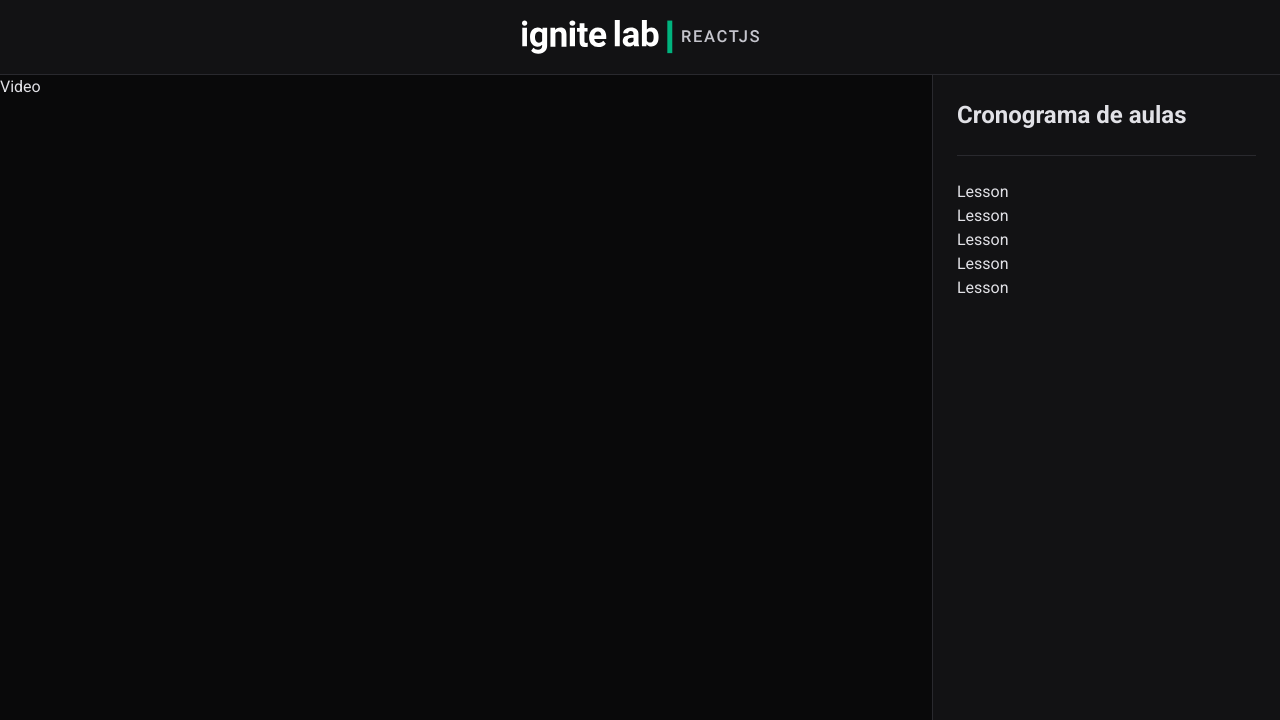
Repository: XFERRER7/Ignite-lab
Page: /
These files come from the project's save history. The page is drawn as it stood at one moment and after a run of saves; the edit follows.
The browser window is 1280 px wide. The pictures show the whole page.
The project was rebuilt for these pictures with package versions that can differ from the ones it lists, and the page was loaded fresh each time. Also part of the build but not shown: vite.config.ts.

Above is the page before, as saved 2022-06-22 20:27:21.

### index.html
<!DOCTYPE html>
<html>
  <head>
    <meta charset="UTF-8" />
    <link rel="icon" type="image/svg+xml" href="/src/favicon.svg" />
    <meta name="viewport" content="width=device-width, initial-scale=1.0" />
    <title>Event Platform</title>
    <link rel="preconnect" href="https://fonts.googleapis.com">
<link rel="preconnect" href="https://fonts.gstatic.com" crossorigin>
<link href="https://fonts.googleapis.com/css2?family=Roboto:wght@400;500;700&display=swap" rel="stylesheet">
  </head>
  <body>
    <div id="root"></div>
    <script type="module" src="/src/main.tsx"></script>
  </body>
</html>

### src/main.tsx
import { ApolloProvider } from '@apollo/client'
import React from 'react'
import ReactDOM from 'react-dom/client'
import App from './App'
import { client } from './lib/apollo'
import './styles/Global.css'

ReactDOM.createRoot(document.getElementById('root')!).render(
  <React.StrictMode>
    <ApolloProvider client={client}>
    <App />
    </ApolloProvider>
  </React.StrictMode>
)

### src/App.tsx
import { Header } from "./components/Header"
import { Lesson } from "./components/Lesson"
import { SideBar } from "./components/SideBar"
import { Video } from "./components/Video"
import { Event } from "./pages/Event"

function App() {

  return (
    <div>
      <Event/>
    </div>
  )
}

export default App

### src/lib/apollo.ts
import { ApolloClient, InMemoryCache } from "@apollo/client";

export const client = new ApolloClient({
  uri: 'https://api-sa-east-1.graphcms.com/v2/cl4oe0npq21lo01xi4o5e7kb5/master',
  cache: new InMemoryCache()
})

### src/styles/Global.css
@tailwind base;
@tailwind components;
@tailwind utilities;

body {
  @apply text-gray-100 bg-gray-900;
  -webkit-font-smoothing: antialiased;
}

### src/pages/Event.tsx
import React from 'react'
import { Header } from '../components/Header'
import { SideBar } from '../components/SideBar'
import { Video } from '../components/Video'

export const Event = () => {
  return (
    <>
    <div className='flex flex-col min-h-screen'>
      <Header/>
      <main className='flex flex-1'>
      <Video/>
      <SideBar/>
      </main>
    </div>

    </>
  )
}

### src/components/Header.tsx
import React from 'react'
import { Logo } from './Logo'

export const Header = () => {
  return (
    <header className='w-full py-5 flex items-center justify-center bg-gray-700 border-b border-gray-600'>
      <Logo/>
    </header>
  )
}

### src/components/SideBar.tsx
import React from 'react'
import { Lesson } from './Lesson'

export const SideBar = () => {
  return (
    <aside className='w-[348px] bg-gray-700 p-6 border-l border-gray-600'>
      <span className='font-bold text-2xl pb-6 mb-6 border-b border-gray-600 block'>Cronograma de aulas</span>

      <div className=''>
        <Lesson/>
        <Lesson/>
        <Lesson/>
        <Lesson/>
        <Lesson/>
      </div>
    </aside>
  )
}

### src/components/Video.tsx
import React from 'react'

export const Video = () => {
  return (
    <div className='flex-1'>Video</div>
  )
}

### src/components/Logo.tsx
import React from "react";

export function Logo() {
  return (
    <svg
      xmlns="http://www.w3.org/2000/svg"
      width="237"
      height="34"
      fill="none"
      viewBox="0 0 237 34"
    >
      <path
        fill="#fff"
        d="M.002 3.112a2.49 2.49 0 01.165-.987c.12-.314.304-.595.535-.83A2.906 2.906 0 012.615.572c.698 0 1.374.257 1.912.723.23.24.412.524.536.837a2.701 2.701 0 010 1.979 2.568 2.568 0 01-.536.837 2.889 2.889 0 01-1.907.723 2.901 2.901 0 01-1.908-.723 2.458 2.458 0 01-.538-.84 2.645 2.645 0 01-.172-.996zm4.96 23.146H.273V7.862h4.689v18.397zM8.012 16.973c0-2.853.686-5.145 2.055-6.883a6.653 6.653 0 015.528-2.606 5.869 5.869 0 014.802 2.09l.2-1.751h4.538v17.95a7.891 7.891 0 01-1.12 4.246 7.243 7.243 0 01-3.147 2.752 11.155 11.155 0 01-4.742.94c-1.378 0-2.74-.279-4.008-.812a7.08 7.08 0 01-2.946-2.11l2.208-3.02a5.905 5.905 0 004.543 2.08 4.356 4.356 0 003.104-1.059 3.938 3.938 0 001.103-2.993v-.994a5.775 5.775 0 01-4.555 1.935 6.647 6.647 0 01-3.05-.652 6.615 6.615 0 01-2.408-1.967c-1.397-1.752-2.085-4.089-2.085-6.942v-.21h-.025l.005.006zm4.997.355a6.723 6.723 0 001.026 3.956 3.233 3.233 0 002.799 1.443c.651.045 1.3-.088 1.878-.39a3.52 3.52 0 001.396-1.305v-7.825a3.448 3.448 0 00-1.374-1.305 3.504 3.504 0 00-1.86-.39 3.28 3.28 0 00-1.61.365 3.22 3.22 0 00-1.219 1.103c-.688.975-1.036 2.418-1.036 4.348zM33.098 7.833l.158 2.196a6.527 6.527 0 012.371-1.927 6.38 6.38 0 012.971-.62c1.97 0 3.438.597 4.39 1.79.953 1.194 1.456 2.936 1.486 5.293v12.249h-4.962V14.683a3.367 3.367 0 00-.684-2.344 3.086 3.086 0 00-1.069-.598 3.008 3.008 0 00-1.211-.13 3.349 3.349 0 00-1.821.454c-.553.32-1.01.794-1.313 1.367v13.37H28.45V7.845l4.647-.012zM47.512 3.112a2.304 2.304 0 01.185-.988 2.42 2.42 0 01.59-.831A3.439 3.439 0 0150.404.57c.772 0 1.52.256 2.117.723.508.486.792 1.142.792 1.826 0 .683-.284 1.34-.792 1.826a3.417 3.417 0 01-2.11.723c-.77 0-1.517-.257-2.11-.723a2.47 2.47 0 01-.594-.839 2.342 2.342 0 01-.19-.994h-.005zm5.483 23.149h-5.18V7.86h5.18v18.4zM62.454 3.334v4.612h3.107v3.677h-3.107v9.382c-.05.53.091 1.063.395 1.495a1.824 1.824 0 001.473.45c.476.002.95-.035 1.421-.114v3.803a9.672 9.672 0 01-2.939.449c-3.398 0-5.128-1.775-5.19-5.32V11.644h-2.642V7.968h2.643V3.356h4.841v-.025l-.002.003zM76.487 27.08a9.277 9.277 0 01-6.759-2.55c-1.74-1.699-2.605-3.957-2.605-6.797v-.494a11.295 11.295 0 011.098-5.08 8.141 8.141 0 013.111-3.465 8.72 8.72 0 014.59-1.22c2.577 0 4.62.815 6.098 2.449 1.478 1.633 2.226 3.94 2.226 6.929v2.055h-12.01a4.665 4.665 0 001.473 2.971 4.487 4.487 0 003.111 1.111 5.426 5.426 0 004.548-2.115l2.476 2.781a7.506 7.506 0 01-3.07 2.507 9.81 9.81 0 01-4.287.916v.002zm-.594-15.514a3.127 3.127 0 00-2.428 1.012 5.405 5.405 0 00-1.188 2.912h7.006v-.405a3.749 3.749 0 00-.908-2.608 3.252 3.252 0 00-2.45-.908h-.03l-.002-.003zM97.771 26.259h-4.957V0h4.957V26.26zM112.209 26.259c-.227-.444-.392-.997-.496-1.659-1.196 1.333-2.751 2.002-4.666 2.002-1.811 0-3.314-.523-4.504-1.572-1.191-1.049-1.786-2.372-1.786-3.966 0-1.96.725-3.464 2.179-4.513 1.453-1.049 3.553-1.58 6.3-1.59h2.273v-1.06c0-.854-.22-1.54-.659-2.051-.44-.513-1.131-.77-2.078-.77-.832 0-1.486.2-1.957.6-.474.4-.708.945-.708 1.64h-4.941c0-1.07.331-2.062.992-2.973.662-.91 1.597-1.626 2.804-2.144 1.206-.518 2.564-.778 4.069-.778 2.28 0 4.089.573 5.429 1.718 1.34 1.145 2.009 2.756 2.009 4.83v8.017c.012 1.754.256 3.082.735 3.983v.29h-4.992l-.003-.004zm-4.086-3.435c.728 0 1.402-.163 2.016-.486.614-.326 1.071-.76 1.367-1.308v-3.181h-1.846c-2.472 0-3.79.854-3.948 2.564l-.017.291c0 .614.217 1.123.649 1.523.434.4 1.026.6 1.779.6v-.003zM136.58 17.183c0 2.963-.632 5.273-1.898 6.931-1.265 1.659-3.032 2.488-5.3 2.488-2.006 0-3.608-.77-4.805-2.308l-.222 1.967h-4.444V.001h4.94v9.418c1.14-1.332 2.638-2 4.496-2 2.256 0 4.025.828 5.308 2.487 1.283 1.658 1.923 3.992 1.923 7v.274l.002.003zm-4.94-.358c0-1.868-.296-3.233-.889-4.094-.592-.861-1.475-1.29-2.65-1.29-1.572 0-2.655.643-3.247 1.932v7.299c.604 1.298 1.697 1.95 3.282 1.95 1.584 0 2.643-.788 3.146-2.36.239-.752.358-1.897.358-3.437z"
      ></path>
      <path
        fill="#C4C4CC"
        d="M164.51 17.501h-2.283v4.53h-2.048v-11.78h4.143c1.36 0 2.408.306 3.149.915.74.61 1.108 1.493 1.108 2.648 0 .787-.19 1.449-.57 1.98-.38.532-.911.94-1.59 1.226l2.646 4.906v.106h-2.194l-2.364-4.531h.003zm-2.283-1.65h2.105c.691 0 1.229-.176 1.619-.524.39-.348.582-.824.582-1.429 0-.604-.18-1.12-.538-1.466-.358-.345-.893-.523-1.606-.533h-2.162V15.85zM179.066 16.773h-4.839v3.625h5.656v1.634h-7.704V10.25h7.648v1.65h-5.6v3.253h4.839v1.62zM189.803 19.29h-4.565l-.955 2.744h-2.127l4.452-11.783h1.836l4.459 11.783h-2.137l-.963-2.744zm-3.99-1.65h3.415l-1.707-4.89-1.708 4.89zM204.716 18.197c-.119 1.256-.583 2.238-1.392 2.941-.81.703-1.885 1.056-3.228 1.056-.938 0-1.764-.222-2.48-.668-.715-.445-1.266-1.079-1.656-1.898-.387-.82-.589-1.772-.607-2.858v-1.1c0-1.11.198-2.09.59-2.937.392-.846.96-1.5 1.695-1.96.736-.458 1.587-.688 2.554-.688 1.301 0 2.347.353 3.139 1.057.792.703 1.254 1.7 1.385 2.99h-2.039c-.096-.846-.343-1.458-.74-1.833-.397-.375-.977-.563-1.745-.563-.89 0-1.574.326-2.05.977-.479.652-.721 1.605-.733 2.863v1.044c0 1.273.227 2.245.683 2.917.457.668 1.123 1.004 2.004 1.004.805 0 1.409-.18 1.814-.543.405-.363.661-.962.77-1.804h2.038l-.002.003zM216.481 11.902h-3.674v10.132h-2.031V11.902h-3.642V10.25h9.347v1.65zM222.759 10.251h2.039v8.262c0 1.127-.353 2.023-1.057 2.687-.703.664-1.633.995-2.788.995-1.229 0-2.179-.311-2.848-.93-.669-.62-1.004-1.484-1.004-2.59h2.038c0 .627.156 1.096.467 1.412.31.316.76.474 1.347.474.55 0 .989-.183 1.315-.545.326-.366.489-.867.489-1.51V10.25h.002zM234.952 18.999c0-.518-.183-.918-.545-1.197-.363-.279-1.022-.563-1.972-.849-.95-.286-1.705-.604-2.265-.955-1.074-.674-1.612-1.555-1.612-2.638 0-.95.388-1.732 1.163-2.347.774-.614 1.779-.922 3.015-.922.819 0 1.55.15 2.194.454a3.597 3.597 0 011.513 1.29c.367.558.55 1.177.55 1.858h-2.038c0-.614-.193-1.095-.578-1.443-.385-.348-.938-.524-1.656-.524-.668 0-1.189.144-1.557.43-.37.286-.555.686-.555 1.197 0 .432.2.792.6 1.08.399.29 1.056.57 1.974.842.918.271 1.653.582 2.208.93.556.348.963.748 1.222 1.197.259.452.387.977.387 1.582 0 .982-.375 1.762-1.127 2.342-.753.58-1.775.87-3.063.87a5.755 5.755 0 01-2.352-.473c-.715-.316-1.27-.75-1.668-1.308-.397-.555-.594-1.204-.594-1.942h2.048c0 .669.222 1.187.664 1.555.441.367 1.075.55 1.902.55.713 0 1.246-.143 1.607-.432.357-.288.538-.671.538-1.145l-.003-.002z"
      ></path>
      <path fill="#00B37E" d="M150.271 33.146h-4.958V.57h4.958v32.576z"></path>
    </svg>
  );
}

### src/components/Lesson.tsx
import React from 'react'

export const Lesson = () => {
  return (
    <div>Lesson</div>
  )
}

### tailwind.config.js
/** @type {import('tailwindcss').Config} */
module.exports = {
  content: [
    './src/**/*.tsx'
  ],
  theme: {
    extend: {
      fontFamily: {
        sans: 'Roboto, sans-serif'
      },
      colors: {
        green: {
          300: '#00B37E',
          500: '#00875F',
          700: '#015F43',
        },
        blue: {
          500: '#81D8F7',
        },
        orange: {
          500: '#FBA94C',
        },
        red: {
          500: '#F75A68',
        },
        gray: {
          100: '#E1E1E6',
          200: '#C4C4CC',
          300: '#8D8D99',
          500: '#323238',
          600: '#29292E',
          700: '#121214',
          900: '#09090A'
        }
      }
    },
  },
  plugins: [],
}

After the next 2 saves:
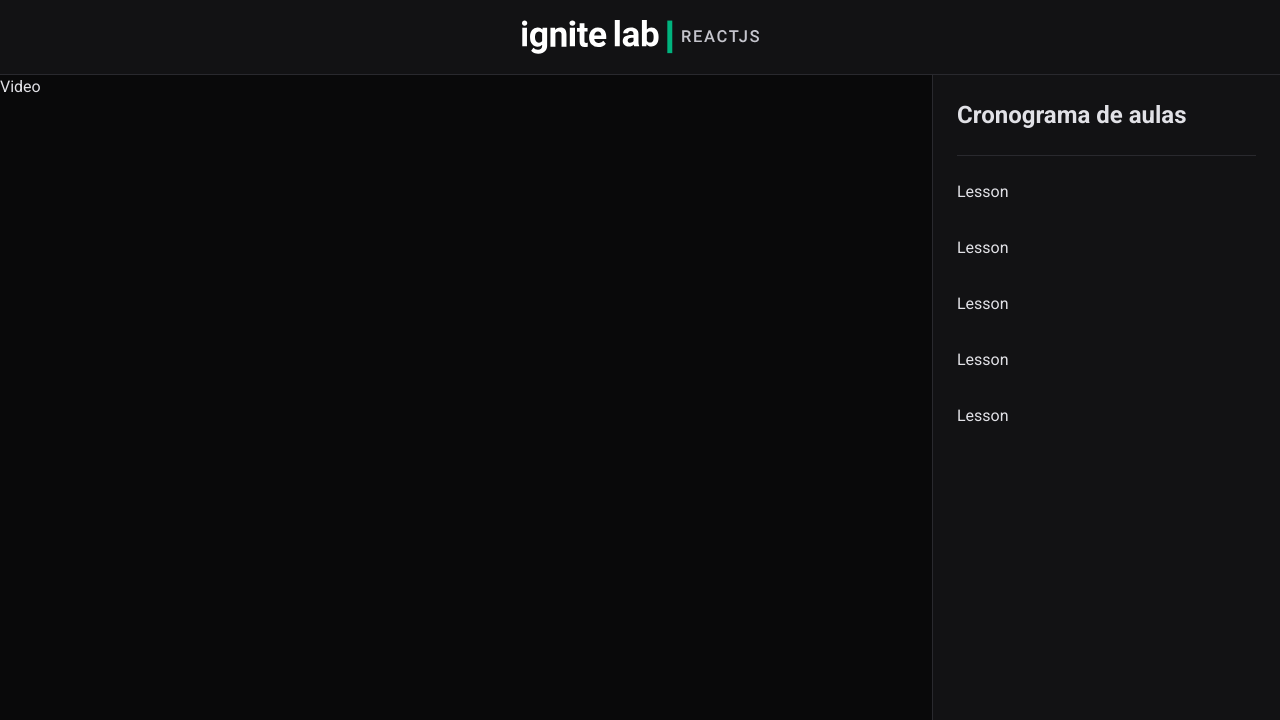
The 2 saves are shown as one change because they came seconds apart.
The last was saved 25 s later.
--- a/src/components/SideBar.tsx
+++ b/src/components/SideBar.tsx
@@ -6,7 +6,7 @@
     <aside className='w-[348px] bg-gray-700 p-6 border-l border-gray-600'>
       <span className='font-bold text-2xl pb-6 mb-6 border-b border-gray-600 block'>Cronograma de aulas</span>
 
-      <div className=''>
+      <div className='flex flex-col gap-8'>
         <Lesson/>
         <Lesson/>
         <Lesson/>
